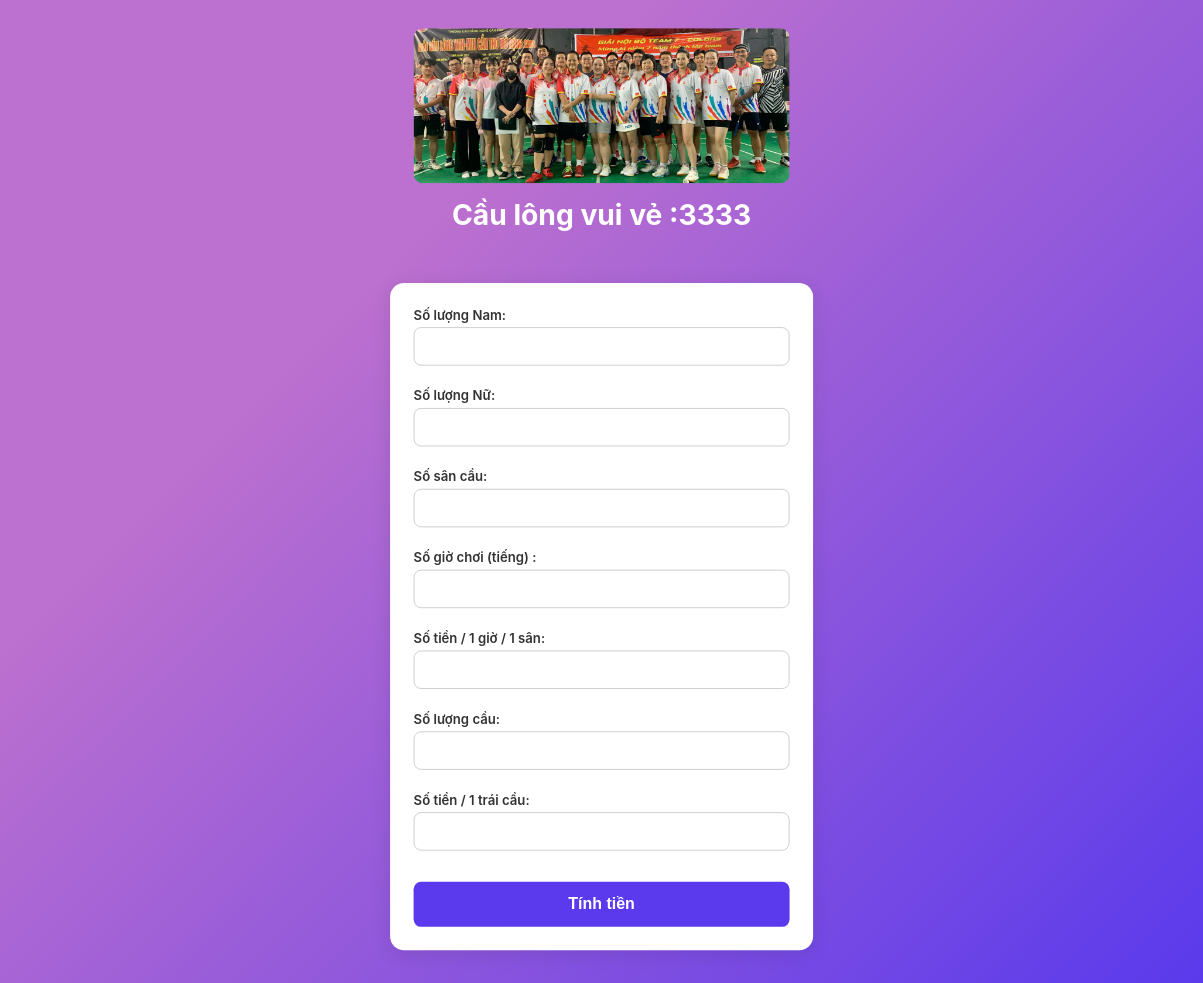
Repository: LuongPTCE181311/Badminton
Page: index.html
These files come from the project's save history. The page is drawn as it stood at one moment and after the next save; the edit follows.
The browser window is 1280 px wide. The pictures show the whole page, at 94% of full size.
The pointer rests on the first visible `.btn`.

Above is the page before, as saved 2025-12-07 23:29:01.

After the next save:
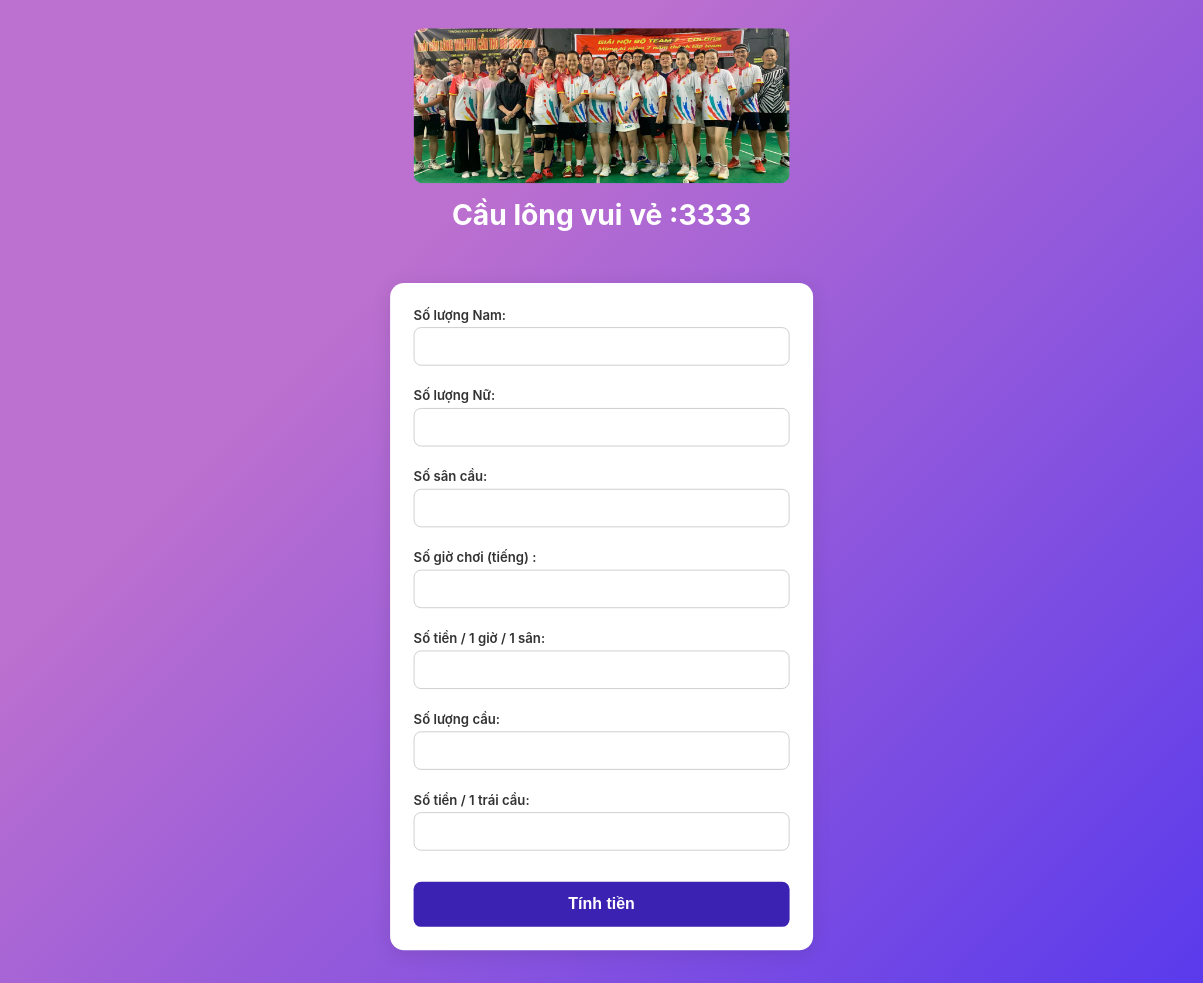
Saved 8 s later.
--- a/assets/css/style.css
+++ b/assets/css/style.css
@@ -110,7 +110,7 @@ input.error-border {
 }
 
 .btn:hover {
-  background: #5a3aec;
+  background: #3c22b3;
 }
 
 .btn:active {
